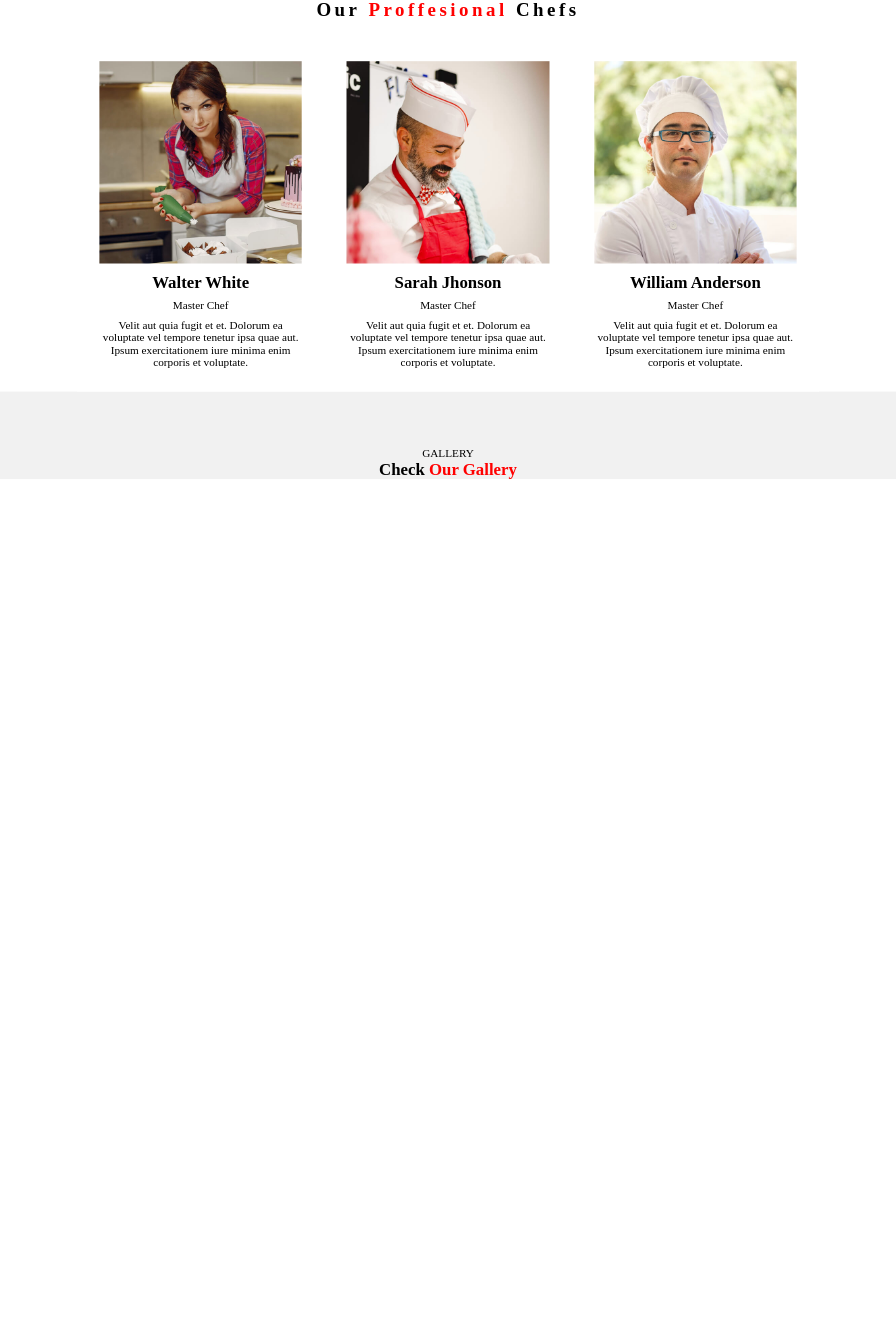
Repository: Ahmedalid/New-project
Page: Rout/index.html
The author's editor kept a copy of each file at every save. The page is drawn from the files as they stood at one save, then again after the next save.
The browser window is 1280 px wide. The pictures show the part of the page from y = 869 to 2789 px (the page is 5000 px tall), at 70% of full size.

Above is the page before, as saved 2023-06-08 11:33:35.

After the next save:
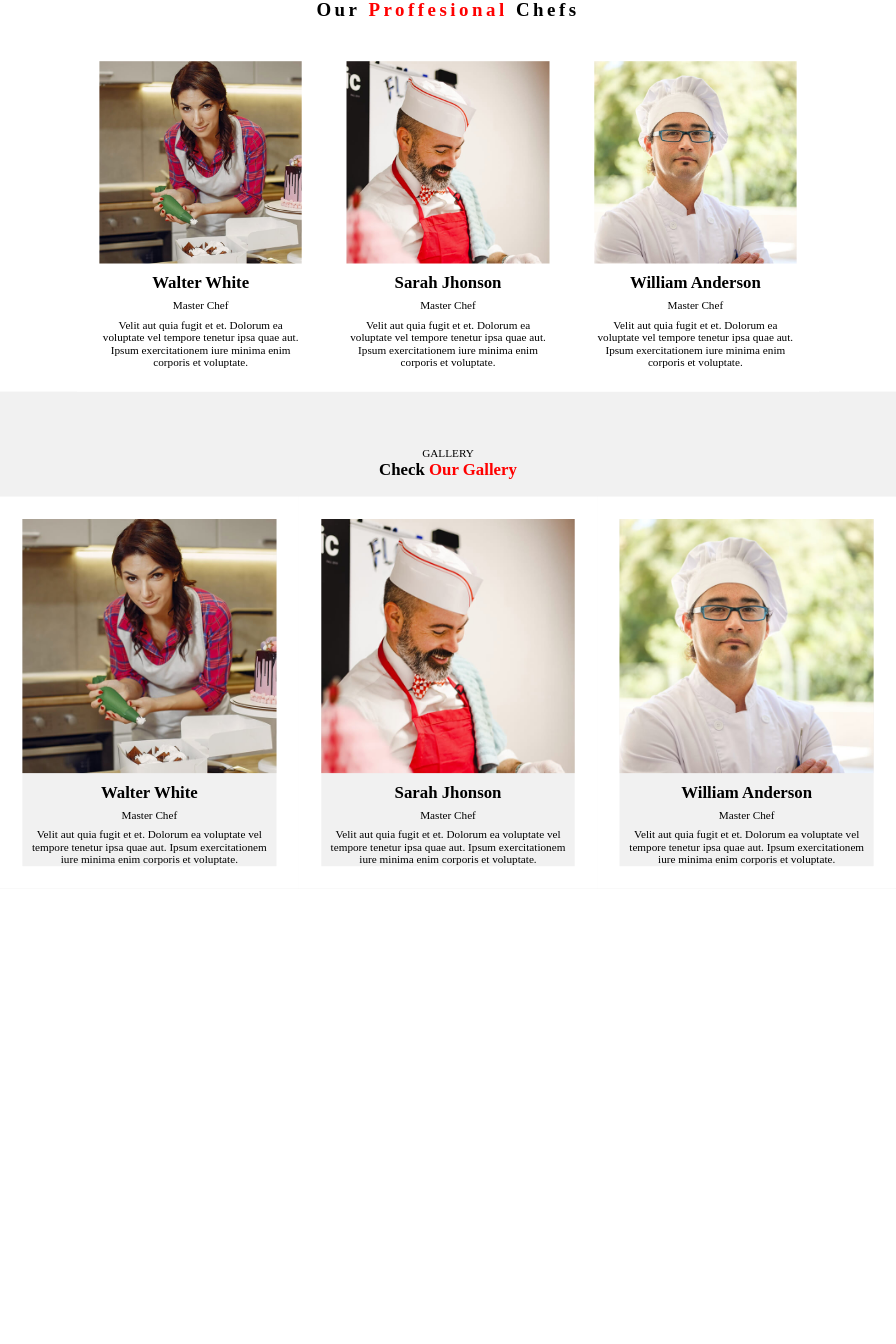
Saved 2 min 3 s later.
--- a/Rout/index.html
+++ b/Rout/index.html
@@ -116,6 +116,50 @@
             <p class="mt-5 Check">GALLERY</p>
             <h2 class="mt-5">Check  <span class="text-color">Our Gallery</span> </h2>
           </div>
+          <div class="d-bettwen">
+            <div class="mt card-img">
+                <div class="">
+                    <img src="img/chefs-2.jpg" alt="">
+                    <h2 class="text-center mt-1">Walter White </h5>
+                        <p class="text-center mt-1">Master Chef</p>
+                        <p class="text-center mt-1">
+                            Velit aut quia fugit et et. Dolorum ea voluptate vel
+                            tempore tenetur ipsa quae aut. Ipsum
+                            exercitationem iure minima enim corporis et voluptate.
+                        </p>
+
+                </div>
+
+            </div>
+            <div class="mt card-img">
+                <div class="">
+                    <img src="img/chefs-1.jpg" alt="">
+                    <h2 class="text-center mt-1">Sarah Jhonson </h5>
+                        <p class="text-center mt-1">Master Chef</p>
+                        <p class="text-center mt-1">
+                            Velit aut quia fugit et et. Dolorum ea voluptate vel
+                            tempore tenetur ipsa quae aut. Ipsum
+                            exercitationem iure minima enim corporis et voluptate.
+                        </p>
+
+                </div>
+
+            </div>
+            <div class="mt card-img">
+                <div class="">
+                    <img src="img/chefs-3.jpg" alt="">
+                    <h2 class="text-center mt-1">William Anderson</h5>
+                        <p class="text-center mt-1">Master Chef</p>
+                        <p class="text-center mt-1">
+                            Velit aut quia fugit et et. Dolorum ea voluptate vel
+                            tempore tenetur ipsa quae aut. Ipsum
+                            exercitationem iure minima enim corporis et voluptate.
+                        </p>
+
+                </div>
+
+            </div>
+        </div>
         </div>
     </section>
 </body>
